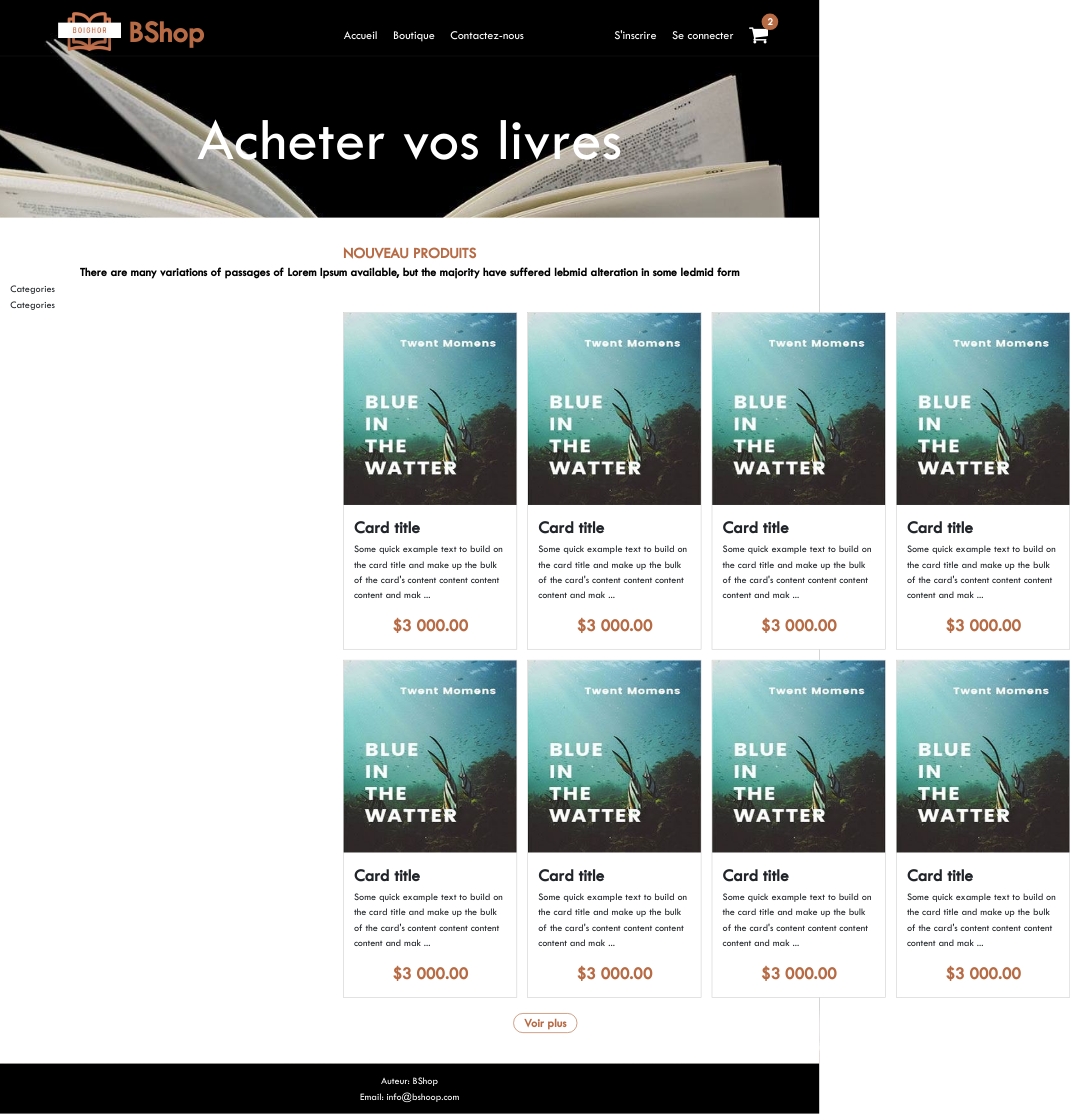
Repository: padevft/e-commerce-php
Page: http://localhost/server/pages/shop.php
These files come from the project's save history. The page is drawn as it stood at one moment and after the next save; the edit follows.
The browser window is 1280 px wide. The page is 1672 px wide, then 1566 px, so the pictures cover 1672 px, including what lies to the right of the window. The pictures show the whole page, at 64% of full size.
The page is run by PHP 8.4 with error messages shown; the project is at /var/www/html/.

Above is the page before, as saved 2023-09-18 10:58:34.

### server/pages/shop.php
<?php
require_once('../includes/utilitaires.inc.php');
?>
<!DOCTYPE html>
<html lang="en">

<head>
  <meta charset="UTF-8" />
  <meta name="viewport" content="width=device-width, initial-scale=1.0" />
  <title>Boutique en ligne</title>
  <link rel="stylesheet" href="../../client/css/styles.css">
  <link rel="stylesheet" href="../../client/utilitaires/bootstrap/css/bootstrap.min.css">
  <link rel="stylesheet" href="../../client/utilitaires/font-awesome-4.7.0/css/font-awesome.min.css">

</head>

<body>
  <div class="container-app">
    <?php
    require_once('../includes/header.inc.php');
    ?>
    <main>
      <div class="d-flex align-items-center justify-content-center pt-5 container-intro">
        <span class="text-intro">
          Acheter vos livres
        </span>
      </div>
      <div class="container-products">
        <div class="d-flex flex-column align-items-center justify-content-center gap-2">
          <span class="text-intro-1"> NOUVEAU PRODUITS</span>
          <span class="text-intro-2">There are many variations of passages of Lorem Ipsum available, but the majority have suffered lebmid alteration in some ledmid form
          </span>
        </div>
        <?php
        $products = getProducts();
        ?>
        <div class="row">
          <div class="col-md-4">
            <div><span>Categories</span></div>
            <div><span>Categories</span></div>
          </div>
          <div class="col-md-8">
            <div class="content-products">
              <div class="grid-products">
                <?php foreach ($products as $product) : ?>
                  <?= getHtmlProucut($product) ?>
                <?php endforeach; ?>
              </div>
            </div>
            <div class="d-flex align-items-center justify-content-center pt-4">
              <a href="./index.php" class="view-plus px-3">Voir plus</a>
            </div>
          </div>
        </div>
      </div>
  </div>
  </main>
  <?php
  require_once('../includes/footer.inc.php');
  ?>
  <script src="../../client/utilitaires/Jquery/jquery-3.6.0.min.js"></script>
  <script src="../../client/utilitaires/bootstrap/js/bootstrap.min.js"></script>
</body>

</html>

### server/includes/utilitaires.inc.php
<?php

function getProducts()
{
    $liste = array();
    $liste[0] = 1;
    $liste[1] = 1;
    $liste[2] = 1;
    $liste[3] = 1;
    $liste[4] = 1;
    $liste[5] = 1;
    $liste[6] = 1;
    $liste[7] = 1;
    return $liste;
}

$des = 'Some quick example text to build on the card title and make up the bulk of the card\'s content content content content and make up the bulk of the card and make up the bulk of the card and make up the bulk of the card. ';


function getSubDescription($inputString)
{
    if (strlen($inputString) <= 125) {
        return $inputString;
    }
    $result = substr($inputString, 0, 125) . ' ...';
    return $result;
}

function formatPrice($price)
{
    return number_format($price, 2, '.', ' ');
}

function getURL()
{
    if (isset($_SERVER['HTTPS']) && $_SERVER['HTTPS'] === 'on') {
        // La connexion est sécurisée via HTTPS
        $protocole = 'https://';
    } else {
        // La connexion n'est pas sécurisée, utilisez HTTP
        $protocole = 'http://';
    }
    $url = $protocole . $_SERVER['SERVER_NAME'] . ':' . $_SERVER['SERVER_PORT'] . '/shop-online';
    return $url;
}


function getHtmlProucut($product)
{
    global $des;
    $html = <<<HTML
    <div class="card position-relative item-product">
    HTML;
    $html .= '<img src="' . getURL() . '/client/images/p-3.jpg" alt="...">';
    $html .= '<div class="card-body">
            <span class="card-title title-product">Card title</span>';
    $html .= '<p class="card-text text-des">' . getSubDescription($des) . '</p>';
    $html .= '<div class="d-flex justify-content-center"><span class="text-price">$' . formatPrice(3000) . '</span></div>';
    $html .= <<<HTML
        </div>
        <div class="hover-product">
            <div class="options">
                <div class="icons-options">
                    <a href="#" class="icon">
                        <i class="fa fa-shopping-cart"></i>
                    </a>
                    <a href="#" class="icon">
                        <i class="fa fa-eye"></i>
                    </a>
                </div>
            </div>
        </div>
    </div>
    HTML;

    return $html;
}

### server/includes/header.inc.php
<header>
    <nav class="container-nav">
        <div class="row align-items-center">
            <div class="col-12 col-sm-4">
                <div class="d-flex flex-row align-items-center">
                    <a class="container-logo" href="./index.html">
                        <img src="<?= getURL() ?>/client/images/logo.png" />

                    </a>
                    <span class="text-logo">BShop</span>
                </div>
            </div>
            <div class="col-md-4">
                <div class="container-menu mt-2">
                    <ul class="d-flex flex-row align-items-center justify-content-end gap-4 menu">
                        <li><a href="<?= getURL() ?>/index.php" class="menu-item">Accueil</a></li>
                        <li><a href="<?= getURL() ?>/server/pages/shop.php" class="menu-item">Boutique</a></li>
                        <li><a href="<?= getURL() ?>/server/pages/shop.php" class="menu-item">Contactez-nous</a></li>
                    </ul>
                </div>
            </div>
            <div class="col-6 col-md-4">
                <div class="d-flex align-items-center gap-4 justify-content-end mt-2">
                    <div class="container-menu">
                        <ul class="d-flex align-items-center gap-4 menu">
                            <li> <a href="./index.html" class="menu-item">S'inscrire</a></li>
                            <li> <a href="./index.html" class="menu-item">Se connecter</a></li>
                        </ul>

                    </div>
                    <div class="position-relative container-shopping-cart">
                        <span><i class="fa fa-shopping-cart shopping-cart"></i></span>
                        <span class="position-absolute number-product">2</span>
                    </div>
                </div>

            </div>

        </div>
    </nav>
</header>

### server/includes/footer.inc.php
<footer>
    <div class="container-footer">
        <span>Auteur: BShop</span>
        <span>Email: info@bshoop.com</span>
    </div>

</footer>

### client/css/styles.css
/* var text-decoration */
@font-face {
  font-family: myfont;
  src: url(../utilitaires/fonts/ufonts.com_tw-cen-mt.ttf);
}

:root {
  --color-primary: #b76b45;
  --color-white-1: #fff;
  --color-bg-1: rgba(0, 0, 0, 0.366);
}

* {
  transition: all 0.5s ease;
}

body {
  font-family: myfont !important;
}
h1 {
  display: inline-flex;
  position: relative;
  cursor: pointer;
}

a {
  color: unset;
  outline: unset;
  text-decoration: none !important;
}

.container-app {
  background-image: url("../images/bg.jpg");
  background-repeat: no-repeat;
  background-size: cover;
  background-position: center;
}
ul {
  list-style-type: none; /* Retire les puces */
}

/*

****************************
Header
****************************

*/

header {
  padding-top: 15px;
  padding-bottom: 10px;
}

header ul {
  margin: 0 !important;
}
.container-nav {
  padding: 0 5rem;
  border-bottom: 1px solid rgba(255, 255, 255, 0.1);
}
.container-logo {
  width: 120px;
  height: 65px;
}
.container-logo img {
  width: 100%;
  height: 100%;
}
.text-logo {
  font-size: 3rem;
  font-weight: bold;
  color: var(--color-primary);
}
.menu-item {
  display: inline;
  position: relative;
  color: var(--color-white-1);
  padding-bottom: 5px;
  font-size: 1.2rem;
}

.menu-item:hover {
  color: var(--color-primary);
}
.menu-item::before {
  content: "";
  position: absolute;
  bottom: 0;
  left: 0;
  background: var(--color-primary);
  height: 2.5px;
  opacity: 1;
  visibility: visible;
  width: 0;
  -webkit-transition: 0.4s all ease-out;
  -o-transition: 0.4s all ease-out;
  transition: 0.4s all ease-out;
}
.menu-item:hover:before {
  width: 100%;
}

.number-product {
  bottom: 25px;
  font-weight: bold;
  color: var(--color-white-1);
  font-size: 1rem;
  height: 26px;
  line-height: 17px;
  width: 26px;
  background: var(--color-primary) none repeat scroll 0 0;
  border-radius: 100px;
  display: flex;
  justify-content: center;
  align-items: center;
  left: 20px;
}

.shopping-cart {
  color: var(--color-white-1);
  font-size: 2rem !important;
}
.container-shopping-cart:hover .shopping-cart {
  color: var(--color-primary);
  cursor: pointer;
  transform: scale(0.8);
}
.container-shopping-cart:hover .number-product {
  transform: scale(1.7);
  color: var(--color-primary);
  background: var(--color-white-1) none repeat scroll 0 0;
}
.text-intro {
  font-size: 6rem;
  color: var(--color-white-1);
}

/*

****************************
Main
****************************

*/

.container-intro {
  padding: 50px 0;
}
.container-products {
  background-color: var(--color-white-1);
  padding: 3rem 1rem;
}
.content-products,.content-intro {
  padding: 0 6rem;
}
.text-intro-1 {
  color: var(--color-primary);
  font-size: 1.5rem;
  font-weight: 700;
  line-height: 15px;
}

.text-intro-2 {
  color: #000;
  font-size: 1.2rem;
  font-weight: 700;
}

.grid-products {
  display: grid;
  grid-template-columns: repeat(4, 1fr);
  grid-gap: 1rem;
  padding-top: 3rem;
}
.grid-products-shop{
  display: grid;
  grid-template-columns: repeat(3, 1fr);
  grid-gap: 1rem;
  padding-top: 3rem;
}

.item-product {
  cursor: pointer;
  width: 17rem;
  /* border: unset !important; */
  border-radius: unset !important;
}

.item-product .img-product {
  width: 100%;
  /* border-radius: 15px; */
}

.hover-product {
  width: 100%;
  height: 100%;
  background-color: var(--color-bg-1);
  position: absolute;
  left: 0;
  top: 0;
  /* border-radius: 0.375rem; */
  display: flex;
  justify-content: center;
  align-items: center;
  flex-direction: row;
  opacity: 0;
  transform: scale(0);
  transition: all 0.5s ease-in-out;
}

.item-product:hover .hover-product {
  opacity: 1;
  transform: scale(1);
}
.item-product img {
  width: 100%;
  height: 300px;
}

.hover-product span {
  color: white;
  font-weight: 500;
}

.title-product {
  font-weight: 800;
  font-size: 1.7rem !important;
}
.text-des {
  font-weight: 550;
}
.text-price {
  color: var(--color-primary);
  font-size: 1.7rem;
  font-weight: bold;
}
.options {
  transform: scaleX(0);
  transform-origin: top;
  transition: all 0.7s ease-in-out;
}

.item-product:hover .options {
  transform: scaleX(1);
}
.icons-options {
  display: flex;
  align-items: center;
  justify-content: center;
}

.icon {
  background-color: var(--color-primary);
  border-radius: 50%;
  width: 45px;
  height: 45px;
  display: flex;
  align-items: center;
  justify-content: center;
  margin: 0 1rem;
  cursor: pointer;
  transition: all 0.7s ease-in-out;
}

.icon:hover {
  background-color: var(--color-white-1);
}

.icon i {
  color: var(--color-white-1);
  font-size: 1.2rem;
}

.icon:hover i {
  color: var(--color-primary);
}

.view-plus{
  border: 1px solid var(--color-primary);
  color: var(--color-primary);
  background-color: var(--color-white-1);
  font-weight: 600;
  font-size: 1.2rem;
  border-radius: 15px;
  transition: all 0.7s cubic-bezier(0.68, -0.55, 0.265, 1.55);
}

.view-plus:hover{
  background-color: var(--color-primary);
  color: var(--color-white-1);
}


/*

****************************
footer
****************************

*/

footer {
  background-color: var(--color-white-1);
}
.container-footer {
  background-color: #000;
  display: flex;
  flex-direction: column;
  justify-content: center;
  align-items: center;
  padding: 15px 0;
}
.container-footer span {
  color: var(--color-white-1);
}

Loaded but not shown: client/utilitaires/bootstrap/css/bootstrap.min.css (library); client/utilitaires/font-awesome-4.7.0/css/font-awesome.min.css (library); client/utilitaires/Jquery/jquery-3.6.0.min.js (library); client/utilitaires/bootstrap/js/bootstrap.min.js (library)

After the next save:
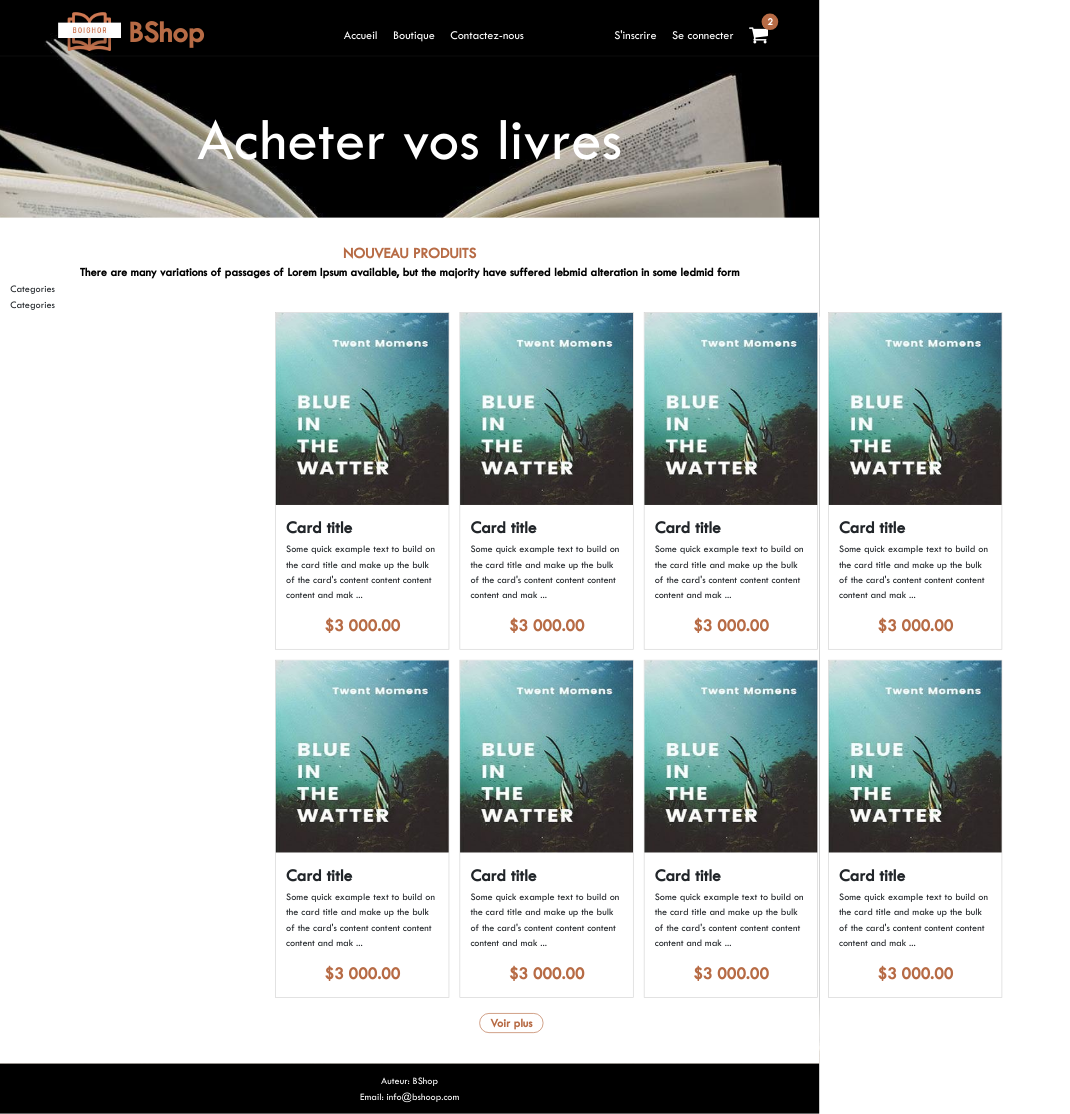
Saved 68 s later.
--- a/server/pages/shop.php
+++ b/server/pages/shop.php
@@ -35,11 +35,11 @@ require_once('../includes/utilitaires.inc.php');
         $products = getProducts();
         ?>
         <div class="row">
-          <div class="col-md-4">
+          <div class="col-sm-4 col-md-3">
             <div><span>Categories</span></div>
             <div><span>Categories</span></div>
           </div>
-          <div class="col-md-8">
+          <div class="col-sm-8 col-md-9">
             <div class="content-products">
               <div class="grid-products">
                 <?php foreach ($products as $product) : ?>
